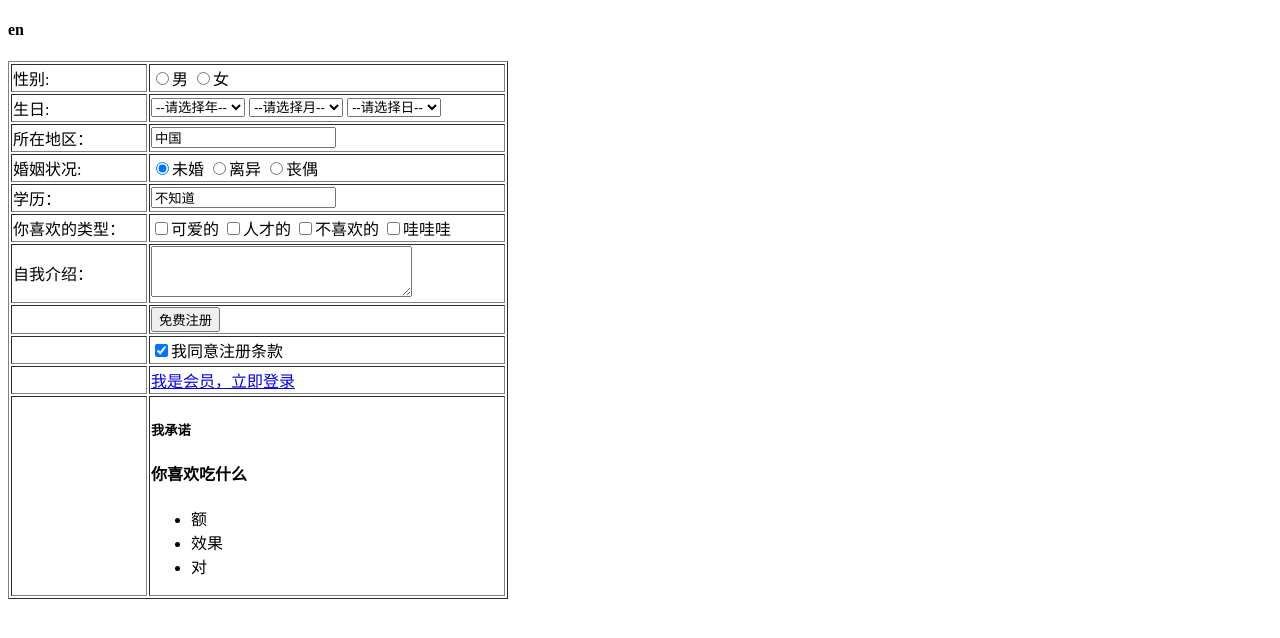
Repository: Qwenicq/My_project
Page: html/HTML_learning/exampl.html
An editor plug-in stored every save of this project. The page is shown before and after the next save, followed by the edit.
The browser window is 1280 px wide. The pictures show the whole page.

Above is the page before, as saved 2023-03-29 22:06:41.

### html/HTML_learning/exampl.html
<!DOCTYPE html>
<html lang="zh-CN">
<head>
    <meta charset="UTF-8">
    <meta http-equiv="X-UA-Compatible" content="IE=edge">
    <meta name="viewport" content="width=device-width, initial-scale=1.0">
    <title>Document</title>
</head>
<body>
    <h4>en</h4>
    <table width="500" border="1">
        <tr>
            <td>性别:</td>
            <td>
                <input type="radio" name="sex" id="man"><label for="man">男</label>
                <input type="radio" name="sex" id="woman"><label for="woman">女</labelfor>
            </td>
        </tr>
        <tr>
            <td>生日:</td>
            <td>
                <select name="" id="">
                    <option value="">--请选择年--</option>
                    <option value="">2001</option>
                    <option value="">2002</option>
                    <option value="">2003</option>
                    <option value="">2004</option>
                </select>
                <select name="" id="">
                    <option value="">--请选择月--</option>
                    <option value="">1</option>
                    <option value="">2</option>
                    <option value="">3</option>
                    <option value="">4</option>
                    <option value="">5</option>
                    <option value="">6</option>
                    <option value="">7</option>
                    <option value="">8</option>
                </select>
                <select name="" id="">
                    <option value="">--请选择日--</option>
                    <option value="">1</option>
                    <option value="">2</option>
                    <option value="">3</option>
                    <option value="">4</option>
                    <option value="">5</option>
                    <option value="">6</option>
                    <option value="">7</option>
                    <option value="">8</option>
                </select>
            </td>
        </tr>
        <tr>
            <td>所在地区：</td>
            <td><input type="text" value="中国"></td>
        </tr>
        <tr>
            <td>婚姻状况:</td>
            <td>
                <input type="radio" name="marry" id="weihun" checked><label for="weihun">未婚</label>
                <input type="radio" name="marry" id="liyi"><label for="liyi">离异</labelfor>
                <input type="radio" name="marry" id="sangou"><label for="sangou">丧偶</labelfor>
            </td>
        </tr>
        <tr>
            <td>学历：</td>
            <td><input type="text" value="不知道"></td>
        </tr>
        <tr>
            <td>你喜欢的类型：</td>
            <td>
                <input type="checkbox" name="love">可爱的
                <input type="checkbox" name="love">人才的
                <input type="checkbox" name="love">不喜欢的
                <input type="checkbox" name="love">哇哇哇
            </td>
        </tr>
        <tr>
            <td>自我介绍：</td>
            <td>
                <textarea name="" id="" cols="30" rows="3"></textarea>
            </td>
        </tr>
        <tr>
            <td></td>
            <td><input type="submit" value="免费注册"></td>
        </tr>
        <tr>

              <td></td>
              <td><input type="checkbox" checked="checked" value="">我同意注册条款</td>
        </tr>
        <tr>
            <td></td>
            <td>
                <a href="#"> 我是会员，立即登录</a>
            </td>
        </tr>
        <tr>
            <td></td>
            <td>
                <h5>我承诺</h5>
                <h4>你喜欢吃什么</h4>
                <ul>
                    <li>额</li>
                    <li>效果</li>
                    <li>对</li>
                </ul>
            </td>
        </tr>
    </table>
</body>
</html>

After the next save:
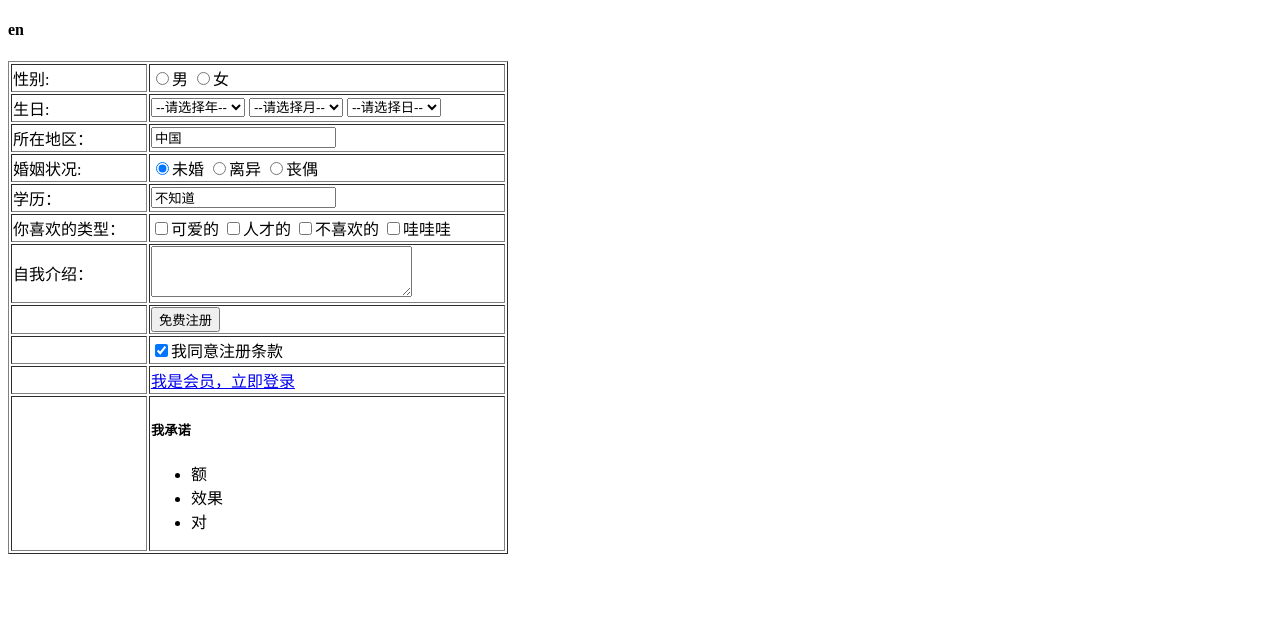
Saved 7 s later.
--- a/html/HTML_learning/exampl.html
+++ b/html/HTML_learning/exampl.html
@@ -100,7 +100,6 @@
             <td></td>
             <td>
                 <h5>我承诺</h5>
-                <h4>你喜欢吃什么</h4>
                 <ul>
                     <li>额</li>
                     <li>效果</li>
